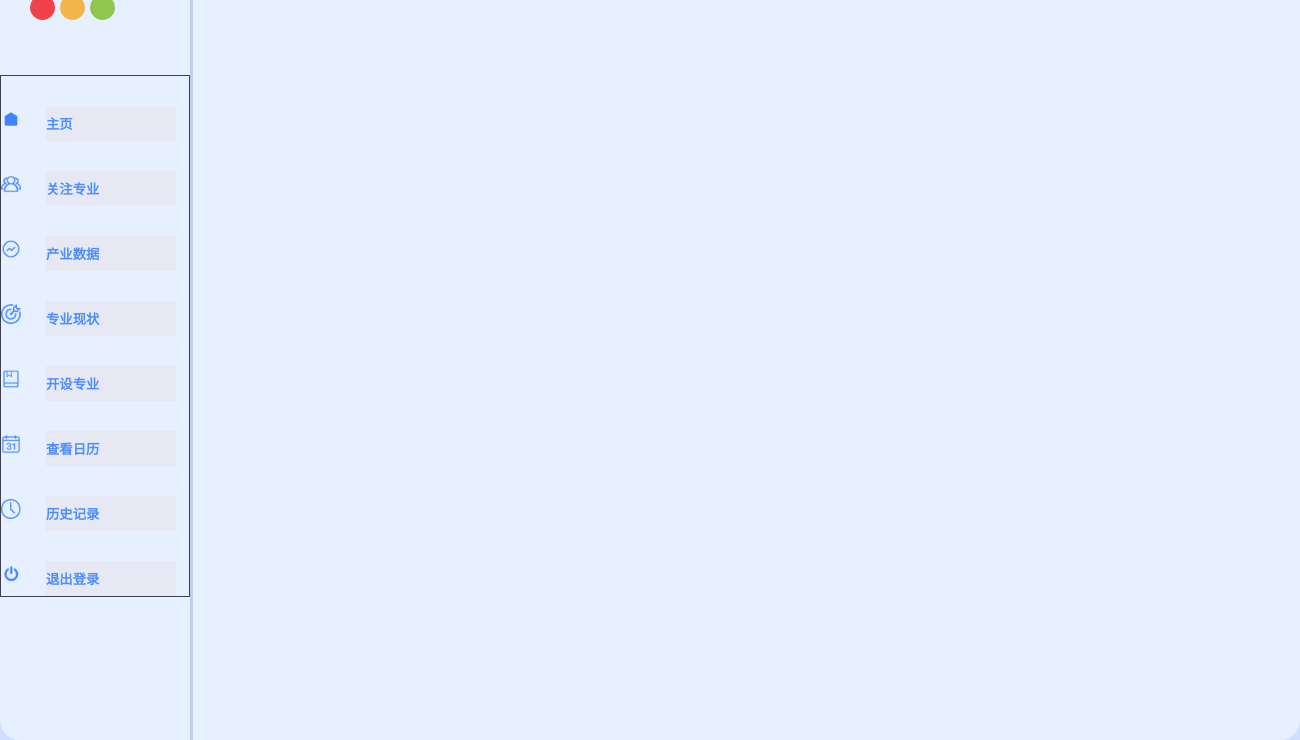
Repository: akaCSDN/test
Page: 2.1主页.html
An editor plug-in stored every save of this project. The page is shown before and after the next save, followed by the edit.
The browser window is 1280 px wide. The page is 1300 px wide, so the pictures cover 1300 px, including what lies to the right of the window. The pictures show the whole page.

Above is the page before, as saved 2022-12-02 15:10:11.

After the next save:
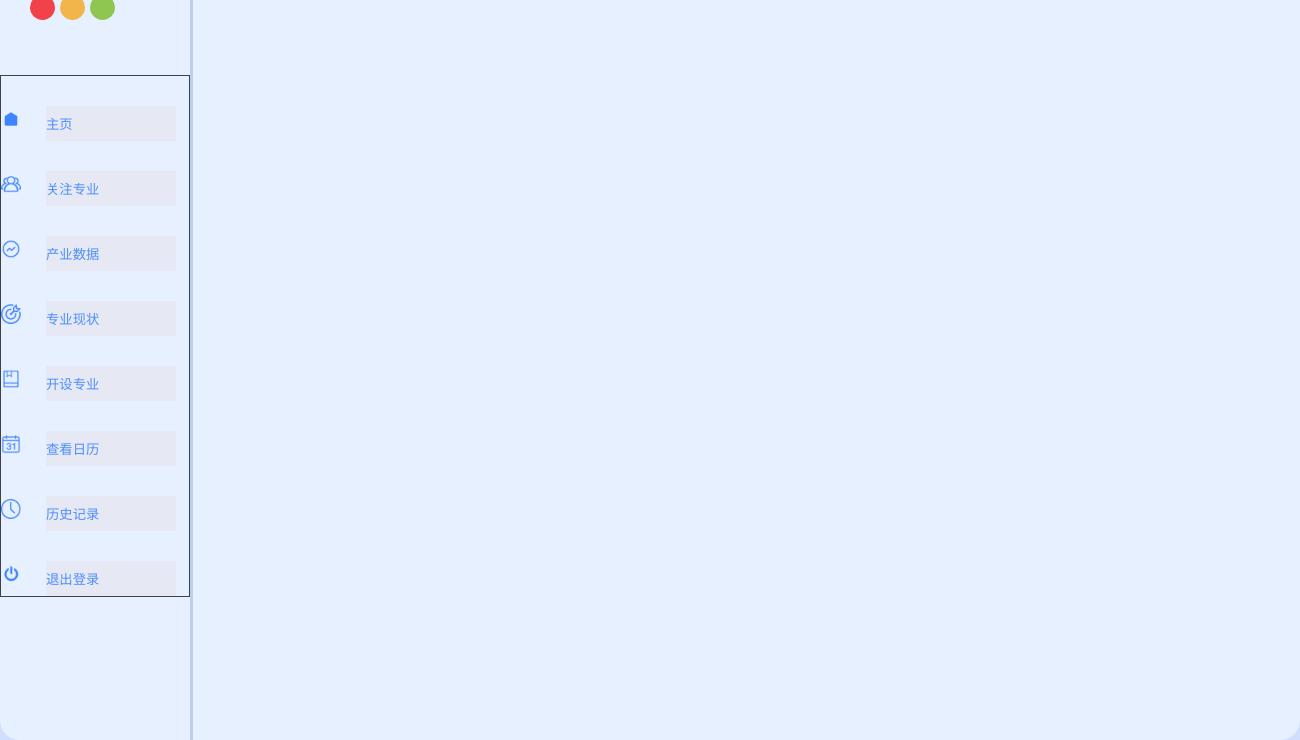
Saved 91 s later.
--- a/2.1主页.html
+++ b/2.1主页.html
@@ -66,6 +66,7 @@
             text-align: left;
             margin-left: 25px;
             color: rgba(0, 94, 255, 0.909);
+            #005EF
             font-weight: 600;
             margin-top: 30px;
 
